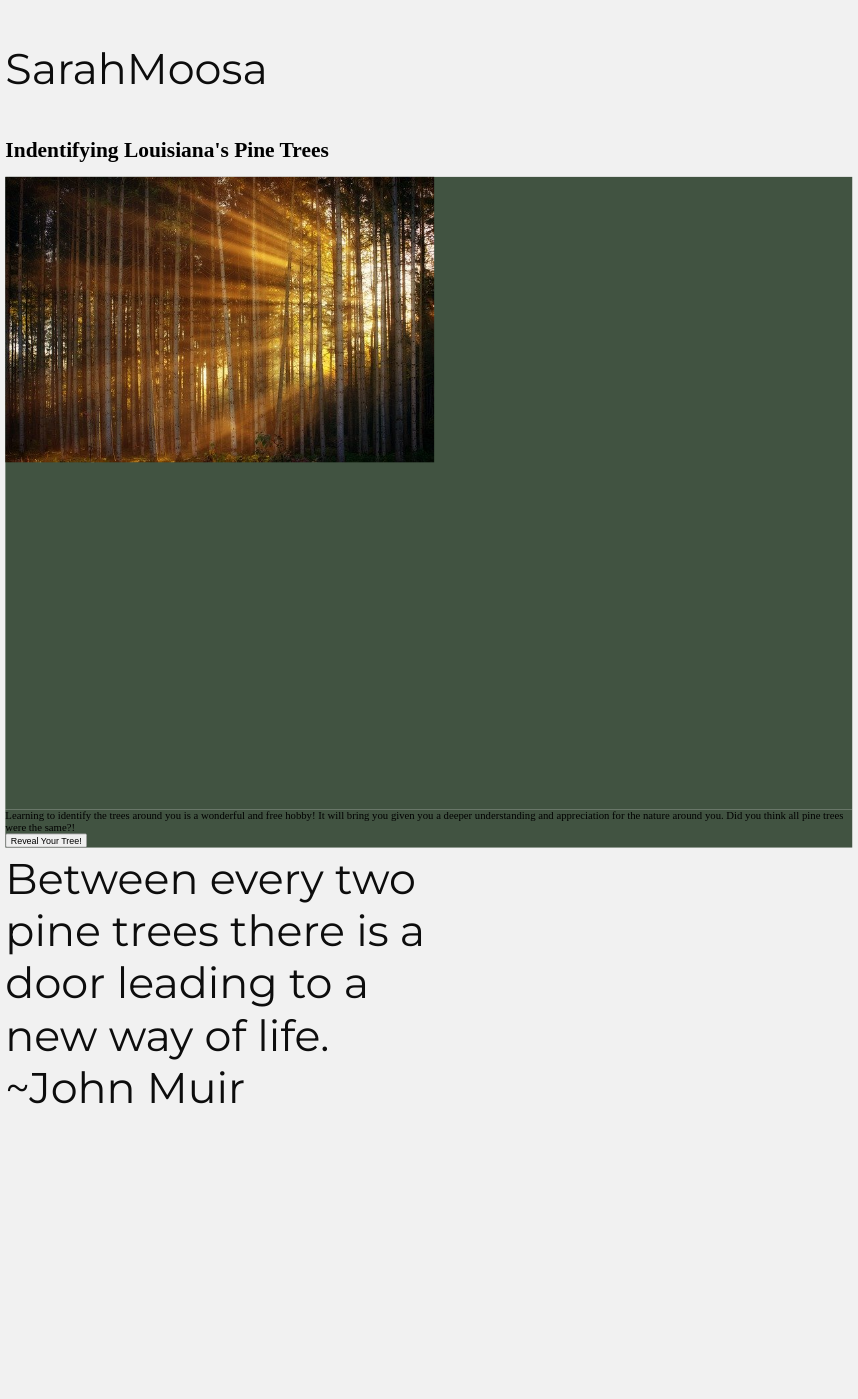
Repository: Sbethm/louisianaPineTrees
Page: pine_main.html
These files come from the project's save history. The page is drawn as it stood at one moment and after the next save; the edit follows.
The browser window is 1280 px wide. The pictures show the whole page, at 67% of full size.
The style sheet was rebuilt from its Sass, Less or Tailwind sources for each picture, by a compiler version that may differ from the author's.

Above is the page before, as saved 2021-09-15 16:56:40.

After the next save:
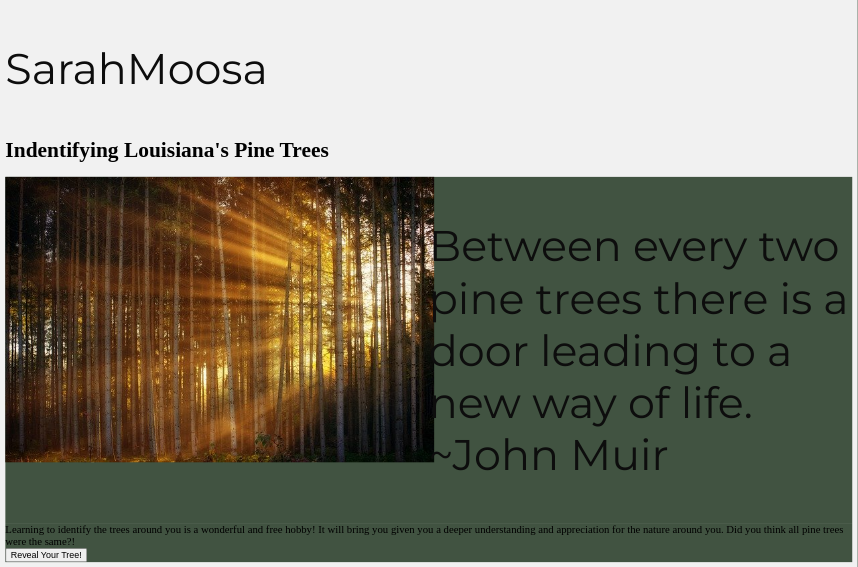
Saved 38 s later.
--- a/pine_main.html
+++ b/pine_main.html
@@ -22,7 +22,7 @@
         <h1>Indentifying Louisiana's Pine Trees</h1>
         <div class="intro-container container">
             <img src="./img/forest-pine.jpg" alt="">
-            <p class="float-right ">Between every two pine trees there is a door leading to a new way of life. ~John Muir</p>
+            <p class="float-right quote">Between every two pine trees there is a door leading to a new way of life. ~John Muir</p>
         </div>
         <div class="questions-container container">
             <div class="bg-image call-to-action">Learning to identify the trees around you is a wonderful and free hobby! It will bring you given you a deeper understanding and appreciation for the nature around you. Did you think all pine trees were the same?!</div>
